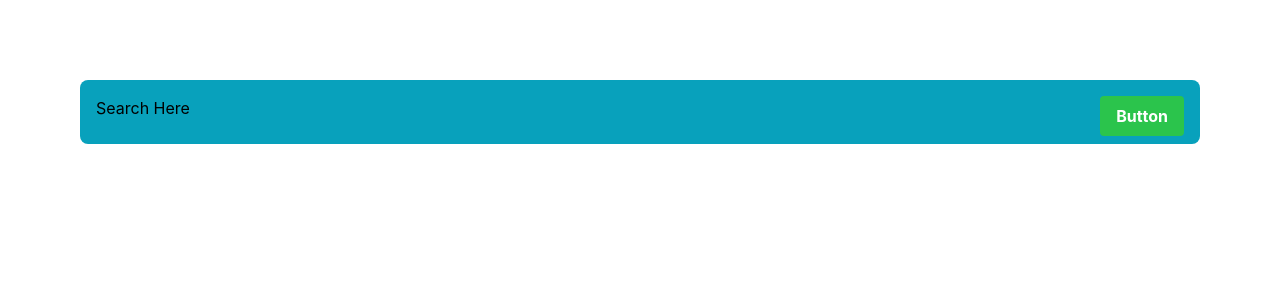
Repository: arafatmollah/pharma
Page: /
The author's editor kept a copy of each file at every save. The page is drawn from the files as they stood at one save, then again after the next save.
The browser window is 1280 px wide. The pictures show the whole page.
The project was rebuilt for these pictures with package versions that can differ from the ones it lists, and the page was loaded fresh each time.

Above is the page before, as saved 2023-03-12 01:07:39.

### src/App.js

import './App.css';
import Nav from './Nav';

function App() {
  return (
    <div className="App">
      <Nav></Nav>
    </div>
  );
}

export default App;

### src/App.css
.box-border{
    background-color: #08A1BC;
}
.btn {
    @apply font-bold py-2 px-4 rounded;
    background-color: #2BC44C;
    color: white;
  }
  .btn-blue {
    @apply bg-blue-500 text-white;
  }
  .btn-blue:hover {
    @apply bg-blue-700;
  }

### src/Nav.js
import React from 'react'
import './App.css';

function Nav() {
  return (
    <div>
        <div className='box-border h-16 w-100 p-4 m-20 rounded-lg align-middle'>
          <div className='flex justify-between'>
                <p>Search Here</p>
                <button class="btn"> Button</button>
          </div>
        </div>
    </div>
  )
}

export default Nav

Loaded but not shown: public/index.html (common file); src/index.js (common file); src/index.css (common file); src/reportWebVitals.js (common file); tailwind.config.js (common file)

After the next save:
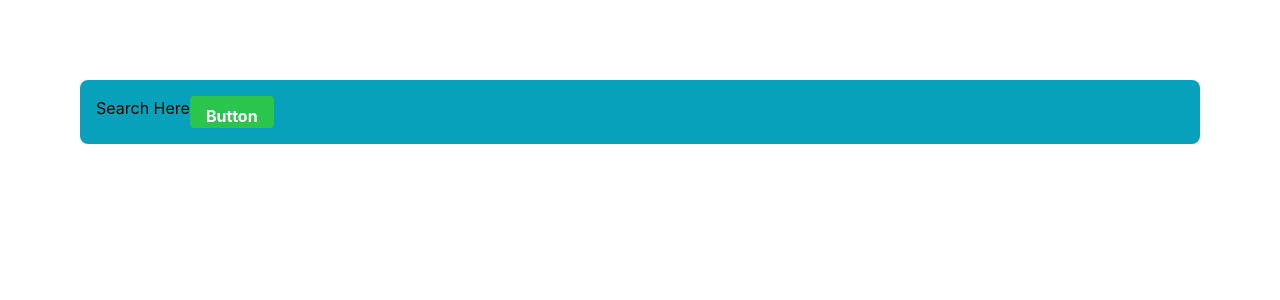
Saved 9 s later.
--- a/src/Nav.js
+++ b/src/Nav.js
@@ -4,7 +4,7 @@
 function Nav() {
   return (
     <div>
-        <div className='box-border h-16 w-100 p-4 m-20 rounded-lg align-middle'>
+        <div className='box-border h-16 w-100 p-4 m-20 rounded-lg align-middle flex'>
           <div className='flex justify-between'>
                 <p>Search Here</p>
                 <button class="btn"> Button</button>

After the save that followed:
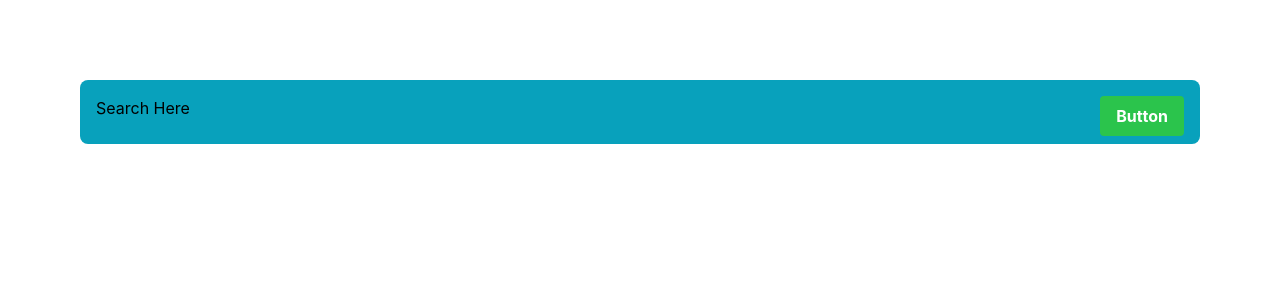
Saved 11 s later.
--- a/src/Nav.js
+++ b/src/Nav.js
@@ -4,7 +4,7 @@
 function Nav() {
   return (
     <div>
-        <div className='box-border h-16 w-100 p-4 m-20 rounded-lg align-middle flex'>
+        <div className='box-border h-16 w-100 p-4 m-20 rounded-lg'>
           <div className='flex justify-between'>
                 <p>Search Here</p>
                 <button class="btn"> Button</button>
